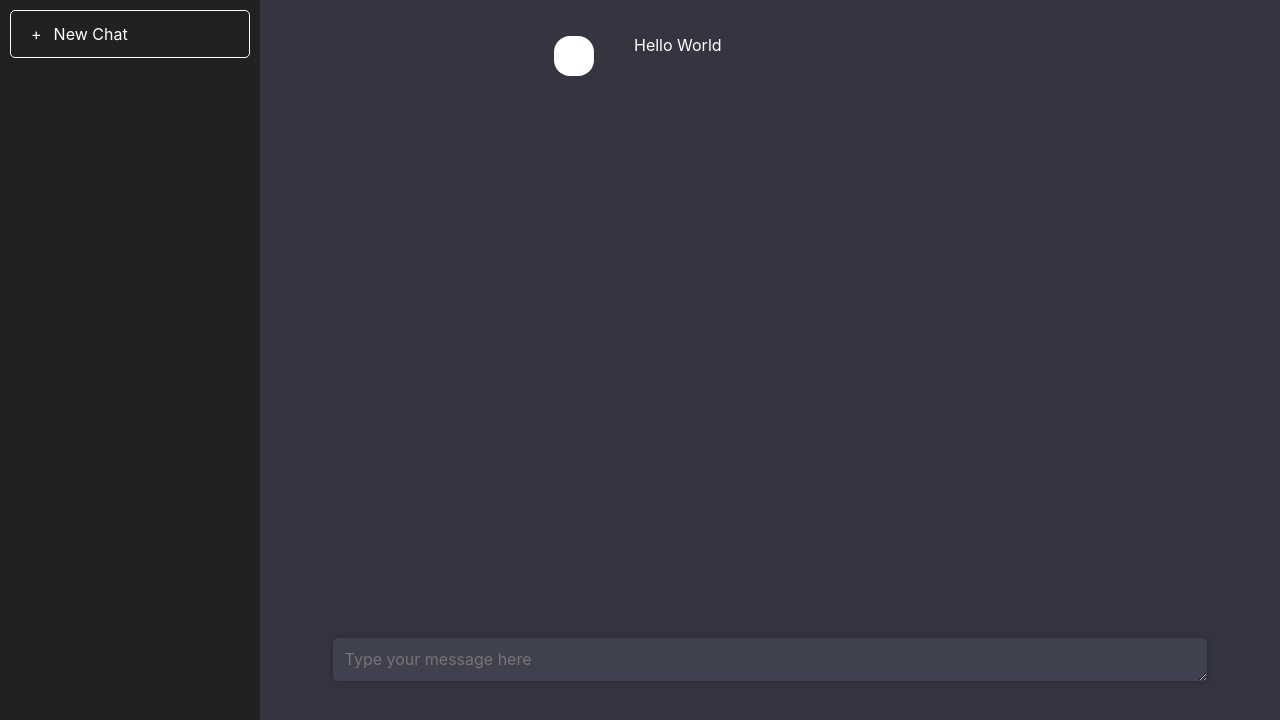
Repository: lancenigel/ChatGPT-Clone
Page: / (app in client/)
The author's editor kept a copy of each file at every save. The page is drawn from the files as they stood at one save, then again after the next save.
The browser window is 1280 px wide. The pictures show the whole page.
The project was rebuilt for these pictures with package versions that can differ from the ones it lists, and the page was loaded fresh each time.

Above is the page before, as saved 2024-02-04 00:45:34.

### client/src/App.js
import logo from "./logo.svg";
import "./App.css";
import "./normalize.css";

function App() {
  return (
    <div className="App">
      <aside className="sidemenu">
        <div className="sidemenu-button">
          <span className="sidemenu-button-span">+</span>
          New Chat
        </div>
      </aside>
      <section className="chatbox">
        <div className="chat-log">
          <div className="chat-message">
            <div className="chat-message-center">
              <div className="avatar"></div>
              <div className="message">Hello World</div>
            </div>
          </div>
        </div>

        <div className="chat-input-holder">
          <textarea
            rows="1"
            className="chat-input-textarea"
            placeholder="Type your message here"
          ></textarea>
        </div>
      </section>
    </div>
  );
}

export default App;

### client/src/App.css
.App {
  text-align: center;
  display: flex;
  background-color: #282c34;
  color: white;
  position: absolute;
  top:0;bottom:0;right:0;left:0;
}

.chatbox {
  flex: 1;
  background-color: #343541;
  position:relative;
}

.chat-log{
  padding: 24px;
  text-align: left;
}

.chat-message{
}

.chat-message-center{
  max-width:480px;
  margin-left:auto;
  margin-right:auto;
  padding: 12px;
  display: flex;
  padding-left: 24px;
  padding-right: 24px;
}

.avatar{
  background: white;
  border-radius: 40%;
  width: 40px;
  height: 40px;
}

.message{
  padding-left: 40px;
  padding-right: 40px;

}


.chat-input-holder {
  padding: 24px;
  position: absolute;
  bottom:0;
  left:0; right:0;
}

.chat-input-textarea{
  background-color: #40414f;
  width: 90%;
  border-radius: 5px;
  padding: 12px;
  color:white;
  border: none;
  margin: 12px;
  outline: none;
  box-shadow: 0 0px 8px 0 rgb(0,0,0, 0.25);
}

.sidemenu {
  width: 260px;
  padding: 10px;
  background-color: #202123;
}

.sidemenu-button {
  border: 1px solid white;
  padding: 14px;
  border-radius: 5px;
  text-align: left;
  transition: ease 0.2s all;
}

.sidemenu-button:hover {
  background-color: rgb(255, 255, 255, 0.1);
}

.sidemenu-button-span{
  padding-left: 6px;
  padding-right: 12px;
}

.App-logo {
  height: 40vmin;
  pointer-events: none;
}

@media (prefers-reduced-motion: no-preference) {
  .App-logo {
    animation: App-logo-spin infinite 20s linear;
  }
}

.App-header {
  background-color: #282c34;
  min-height: 100vh;
  display: flex;
  flex-direction: column;
  align-items: center;
  justify-content: center;
  font-size: calc(10px + 2vmin);
  color: white;
}

.App-link {
  color: #61dafb;
}


@keyframes App-logo-spin {
  from {
    transform: rotate(0deg);
  }
  to {
    transform: rotate(360deg);
  }
}

Loaded but not shown: client/public/index.html (common file); client/src/index.js (common file); client/src/index.css (common file); client/src/reportWebVitals.js (common file); client/src/normalize.css (library)

After the next save:
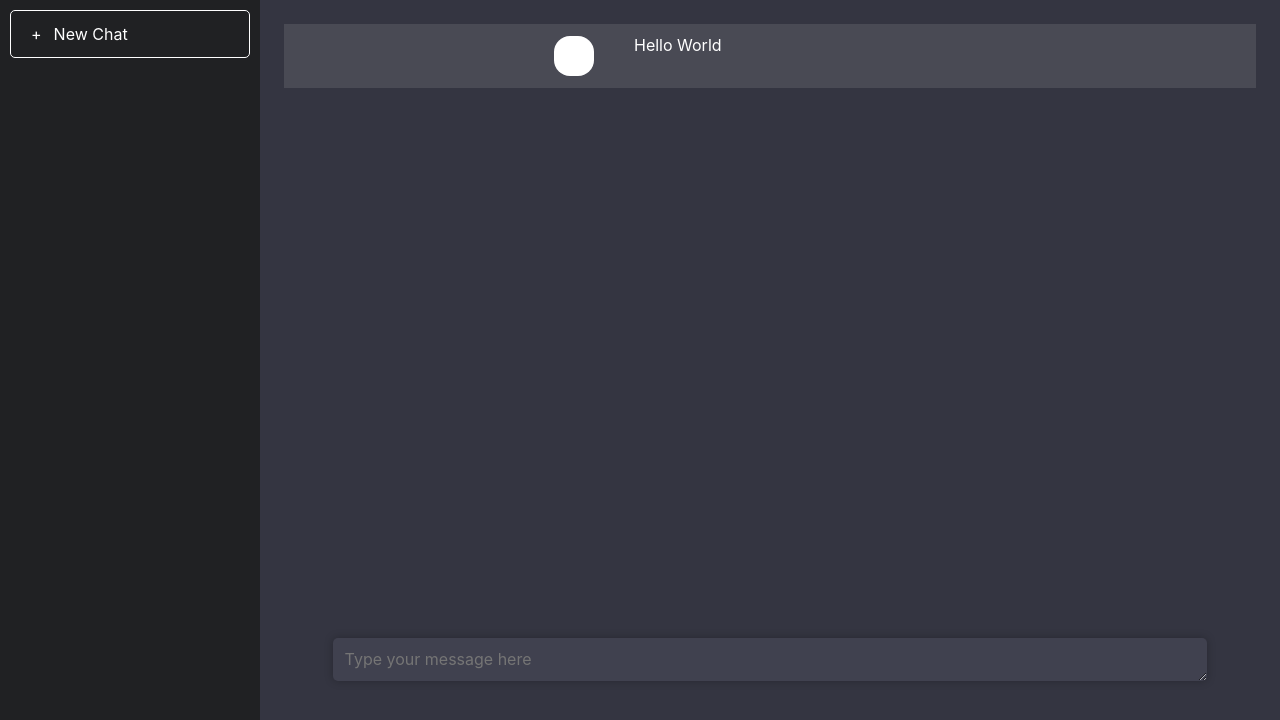
Saved 30 s later.
--- a/client/src/App.css
+++ b/client/src/App.css
@@ -19,6 +19,7 @@
 }
 
 .chat-message{
+  background-color: rgb(255, 255, 255, 0.1);
 }
 
 .chat-message-center{
